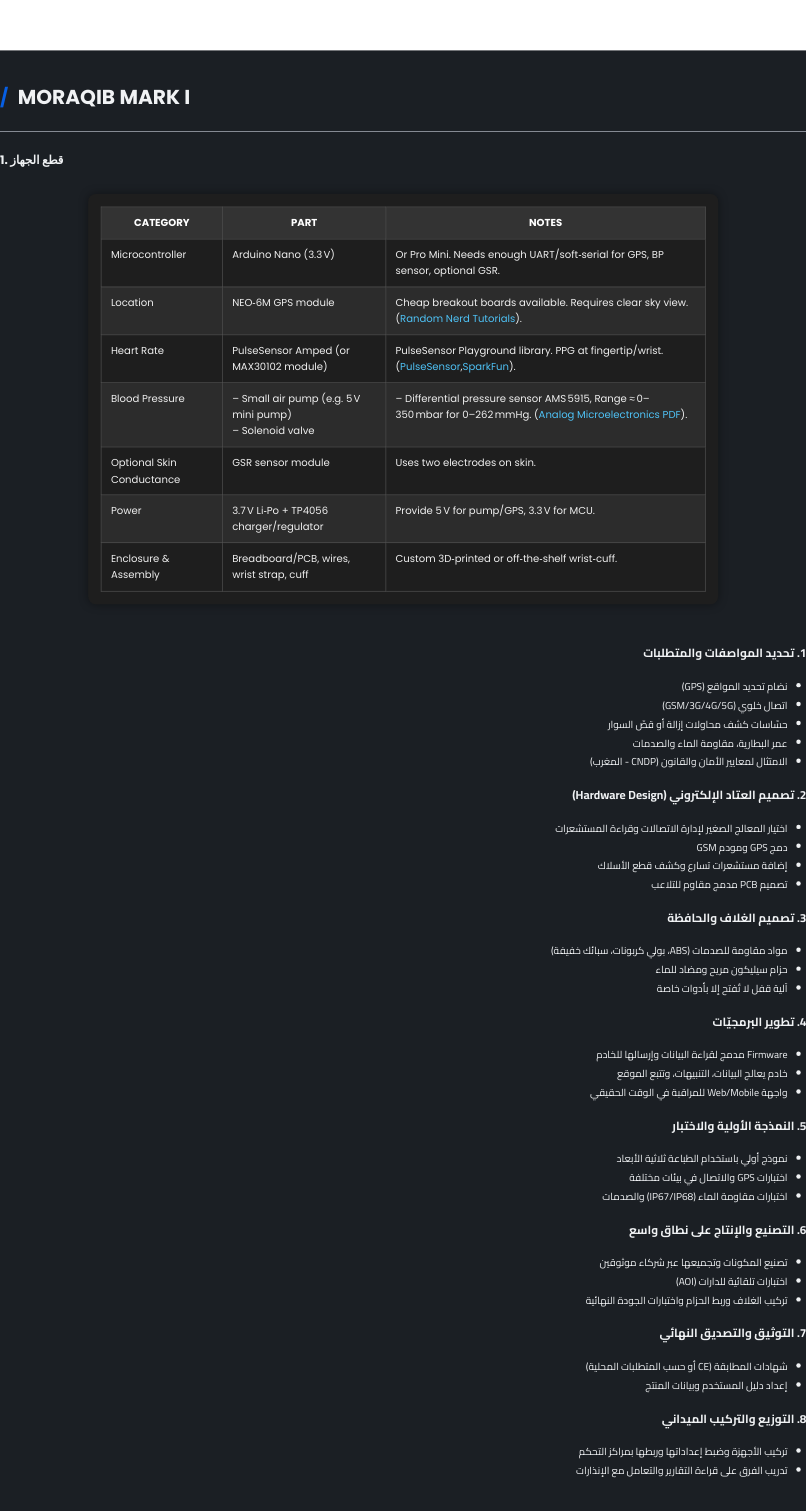
Repository: ayoubgharts/nextjs_protfolio
Page: /tutorials
These files come from the project's save history. The page is drawn as it stood at one moment and after the next save; the edit follows.
The browser window is 1280 px wide. The pictures show the whole page, at 63% of full size.
The project was rebuilt for these pictures with package versions that can differ from the ones it lists, and the page was loaded fresh each time. The framework's server and built-in components were replaced by stand-ins that run in the browser. Also part of the build but not shown: next.config.mjs.

Above is the page before, as saved 2025-06-01 01:01:20.

### src/app/tutorials/page.jsx
// pages/tutorials.js
import Link from "next/link";
import styles from "./tutorials.module.css";

import { Container } from "react-bootstrap";

import SectionTitle from "@/components/buttons/section-title/SectionTitle";

export default function Tutorials() {
  return (
    <main className={styles.tutorials}>
      <Container>
        <SectionTitle textContent={"MORAQIB mark I"} />

        <h3 className={styles.H3}>1. قطع الجهاز</h3>

        <div className={styles.tableWrapper}>
      <table className={styles.partsTable}>
        <thead>
          <tr>
            <th>Category</th>
            <th>Part</th>
            <th>Notes</th>
          </tr>
        </thead>
        <tbody>
          <tr>
            <td>Microcontroller</td>
            <td>Arduino Nano (3.3 V)</td>
            <td>Or Pro Mini. Needs enough UART/soft‑serial for GPS, BP sensor, optional GSR.</td>
          </tr>
          <tr>
            <td>Location</td>
            <td>NEO‑6M GPS module</td>
            <td>
              Cheap breakout boards available. Requires clear sky view.
              (<a href="https://randomnerdtutorials.com/guide-to-neo-6m-gps-module-with-arduino/?utm_source=chatgpt.com" target="_blank">Random Nerd Tutorials</a>).
            </td>
          </tr>
          <tr>
            <td>Heart Rate</td>
            <td>PulseSensor Amped (or MAX30102 module)</td>
            <td>
              PulseSensor Playground library. PPG at fingertip/wrist.
              (<a href="https://pulsesensor.com/pages/code-and-guide?utm_source=chatgpt.com" target="_blank">PulseSensor</a>,
              <a href="https://www.sparkfun.com/pulse-sensor.html?utm_source=chatgpt.com" target="_blank">SparkFun</a>).
            </td>
          </tr>
          <tr>
            <td>Blood Pressure</td>
            <td>
              – Small air pump (e.g. 5 V mini pump)<br />– Solenoid valve
            </td>
            <td>
              – Differential pressure sensor AMS 5915, Range ≈ 0–350 mbar for 0–262 mmHg.
              (<a href="https://www.analog-micro.com/products/pressure-sensors/board-mount-pressure-sensors/ams5915/ams5915-an03.pdf?utm_source=chatgpt.com" target="_blank">Analog Microelectronics PDF</a>).
            </td>
          </tr>
          <tr>
            <td>Optional Skin Conductance</td>
            <td>GSR sensor module</td>
            <td>Uses two electrodes on skin.</td>
          </tr>
          <tr>
            <td>Power</td>
            <td>3.7 V Li‑Po + TP4056 charger/regulator</td>
            <td>Provide 5 V for pump/GPS, 3.3 V for MCU.</td>
          </tr>
          <tr>
            <td>Enclosure & Assembly</td>
            <td>Breadboard/PCB, wires, wrist strap, cuff</td>
            <td>Custom 3D‑printed or off‑the‑shelf wrist‑cuff.</td>
          </tr>
        </tbody>
      </table>
        </div>

        <div className={styles.project}>
          <h3>1. تحديد المواصفات والمتطلبات</h3>
          <ul>
            <li>نضام تحديد المواقع (GPS)</li>
            <li>اتصال خلوي (GSM/3G/4G/5G)</li>
            <li>حسّاسات كشف محاولات إزالة أو قصّ السوار</li>
            <li>عمر البطارية، مقاومة الماء والصدمات</li>
            <li>الامتثال لمعايير الأمان والقانون (CNDP - المغرب)</li>
          </ul>

          <h3>2. تصميم العتاد الإلكتروني (Hardware Design)</h3>
          <ul>
            <li>اختيار المعالج الصغير لإدارة الاتصالات وقراءة المستشعرات</li>
            <li>دمج GPS ومودم GSM</li>
            <li>إضافة مستشعرات تسارع وكشف قطع الأسلاك</li>
            <li>تصميم PCB مدمج مقاوم للتلاعب</li>
          </ul>

          <h3>3. تصميم الغلاف والحافظة</h3>
          <ul>
            <li>مواد مقاومة للصدمات (ABS، بولي كربونات، سبائك خفيفة)</li>
            <li>حزام سيليكون مريح ومضاد للماء</li>
            <li>آلية قفل لا تُفتح إلا بأدوات خاصة</li>
          </ul>

          <h3>4. تطوير البرمجيّات</h3>
          <ul>
            <li>Firmware مدمج لقراءة البيانات وإرسالها للخادم</li>
            <li>خادم يعالج البيانات، التنبيهات، وتتبع الموقع</li>
            <li>واجهة Web/Mobile للمراقبة في الوقت الحقيقي</li>
          </ul>

          <h3>5. النمذجة الأولية والاختبار</h3>
          <ul>
            <li>نموذج أولي باستخدام الطباعة ثلاثية الأبعاد</li>
            <li>اختبارات GPS والاتصال في بيئات مختلفة</li>
            <li>اختبارات مقاومة الماء (IP67/IP68) والصدمات</li>
          </ul>

          <h3>6. التصنيع والإنتاج على نطاق واسع</h3>
          <ul>
            <li>تصنيع المكونات وتجميعها عبر شركاء موثوقين</li>
            <li>اختبارات تلقائية للدارات (AOI)</li>
            <li>تركيب الغلاف وربط الحزام واختبارات الجودة النهائية</li>
          </ul>

          <h3>7. التوثيق والتصديق النهائي</h3>
          <ul>
            <li>شهادات المطابقة (CE أو حسب المتطلبات المحلية)</li>
            <li>إعداد دليل المستخدم وبيانات المنتج</li>
          </ul>

          <h3>8. التوزيع والتركيب الميداني</h3>
          <ul>
            <li>تركيب الأجهزة وضبط إعداداتها وربطها بمراكز التحكم</li>
            <li>تدريب الفرق على قراءة التقارير والتعامل مع الإنذارات</li>
          </ul>

        </div>
      </Container>
    </main>
  );
}

### src/app/globals.css

/*? import google font 'Poppins' */
@import url('https://fonts.googleapis.com/css2?family=Poppins:wght@100;200;300;400;500;600;700&family=Raleway:ital,wght@0,100..900;1,100..900&display=swap');

/*? all variables */
:root {
  /*. Web colors vars */
  --dark:      #1b1f24;
  --dark-fixed:      #1b1f24;
  --dark-300:  #23282f;
  --dark-400:  #2b323b;
  --dark-300-opacity:  #23282fab;
  --dark-400-opacity:  #2b323bb0;
  --dark-300-fixed:#282c31;
  --dark-500:  #333c47;
  --dark-600:  #4d5a6a;
  --dark-700:  #778392;
  --dark-800:  #9da6b3;

  --light:     #f0f2f4;
  --light-fixed:     #f0f2f4;
  --light-300: #454649;
  --light-400: #c3cad5;
  --light-500: #8895aa;

  --primary:   #075fe4;
  --primary-dark:   #12499c;
  --primary-light:   #6b93cf;
  --success:   #11845b;
  --danger:    #c6303e;
  --danger-dark:    #992934;
  --warning:   #fd7e14;

  --purple:    #4c0bce;
  --purple-dark:    #330f7c;
  --violet:    #712cf9;
  --pink:    #f92c8c;
  --yellow:    #ffc107;
  --green:     #198754;
  --teal:      #20c997;
  --cyan:      #0dcaf0;

  /*. Mobile Var Colors */
  --mobile-dark:      #1b1f24;
  --mobile-light:     #f0f2f4;
  --mobile-dark-300:  #23282f;
  --mobile-dark-500:  #333c47;
  --mobile-dark-700:  #778392;



  /*. transitions vars */
  --trans-03: all ease .3s;
  --trans-05: all ease .5s;

  /*. border radius vars */
  --br-8: 8px;
  --br-50: 50px;

  /*. padding global default */
  --container-120: 0 120px;
  --container-60: 0 60px;
  --container-20: 0 20px;

  /*. buttons vars */
  --btn-padding: 10px 25px;
  --btn-font-size: 1.2rem;
  --btn-font-media: 0.9rem;
  --light-btn:#f0f2f4;

}


/* Light mode overrides */
.light-mode {

  /*. web switch colors */
  --dark:       #e0e3e6;
  --dark-300:  #cdd6e2;
  --dark-400:  #c7cfd8;
  --dark-300-opacity:  #b6bfccab;
  --dark-400-opacity:  #b5bfccb0;
  --dark-500:   #c2c8d3;
  --dark-600:  #4d5a6a;
  --dark-700:  #eff3f7;
  --dark-800:  #757c85;

  --light:     #1b1f24;
  --light-300: #dde1e9;
  --light-400: #c3cad5;
  --light-500: #8895aa;

  /*. mobile switch colors */
  --mobile-dark:      #f0f2f4;
  --mobile-light:     #1b1f24;
  --mobile-dark-500:  #b5bcc4;
  --mobile-dark-700:  #778392;
  --mobile-dark-300:  #e4e7ec;
}


/*? Global Styles */
*{
  font-family: "Poppins", sans-serif;
  box-sizing: border-box;
  padding: 0;
  margin: 0;
}

body {
  font-family: "Poppins", sans-serif;
  box-sizing: border-box;
  padding: 0;
  margin: 0;
}

/*? Normalise */
a, Link{
  color: var(--cyan);
  text-decoration: none !important;
}
ul{
  list-style: none;
  margin: 0;
  padding: 0;
}
ul li{
  margin: 0;
  padding: 0;
}
h1, h2, h3, h4, h5{
  margin: 0;
  padding: 0;
}

i{
  margin: 0;
  padding: 0;
}

.container{
  transition: var(--trans-03);
}

### src/app/tutorials/tutorials.module.css

/*? import google font 'Cairo' */
@import url('https://fonts.googleapis.com/css2?family=Cairo:wght@200..1000&display=swap');


.tutorials{
    margin-top: 80px;
    background: var(--dark);
    padding: 50px 0;
    transition: var(--trans-03);
    text-align: start;
    color: var(--light);
}

.button{
    outline: none;
    border: none;
    background: var(--primary);
    color: var(--light-fixed);
    width: 100%;
    padding: 15px 25px;
    border-radius: 10px;
    margin-top: 30px;
    transition: var(--trans-03);
}

.button:hover{
    background: var(--primary-dark);
}

.project{
    display: flex;
    flex-direction: column;
    width: 100%;
    direction: rtl;
}
.project h3{
    margin: 20px 0;
    font-family: "Cairo";
}

.project ul li{
    font-family: "Cairo";
    list-style-type: disc;
    margin-right: 30px;
}



.tableWrapper {
  margin: 40px auto;
  padding: 20px;
  background-color: #1e1e1e;
  border-radius: 12px;
  box-shadow: 0 0 15px rgba(0, 0, 0, 0.4);
  max-width: 1000px;
  color: #f0f0f0;
}

.partsTable {
  width: 100%;
  border-collapse: collapse;
  text-align: start;
  font-size: 16px;
  line-height: 1.6;
}

.partsTable th,
.partsTable td {
  border: 1px solid #555;
  padding: 12px 15px;
  vertical-align: top;
}

.partsTable thead th {
  background-color: #333;
  color: #fff;
  font-weight: bold;
  text-transform: uppercase;
}

.partsTable tbody tr:nth-child(even) {
  background-color: #2c2c2c;
}

.partsTable a {
  color: #4fc3f7;
  text-decoration: none;
}

.partsTable a:hover {
  text-decoration: underline;
}

### src/components/buttons/section-title/SectionTitle.jsx
import styles from './title.module.css';

export default function SectionTitle({textContent}){
    return(
        <h2 className={styles.h2}>
            {textContent}
        </h2>
    )
}

### src/components/buttons/section-title/title.module.css
.h2{
    font-size: 2rem;
    font-weight: 700;
    text-transform: uppercase;
    color: var(--light);
    width: 100%;
    border-bottom: solid 1.2px var(--light-400);
    margin-bottom: 30px;
    padding-bottom: 30px;
}

.h2::before{
    content: '/';
    color: var(--primary);
    margin-right: 15px;
    font-size: 1.8rem;
}

Loaded but not shown: src/app/layout.js (common file)

After the next save:
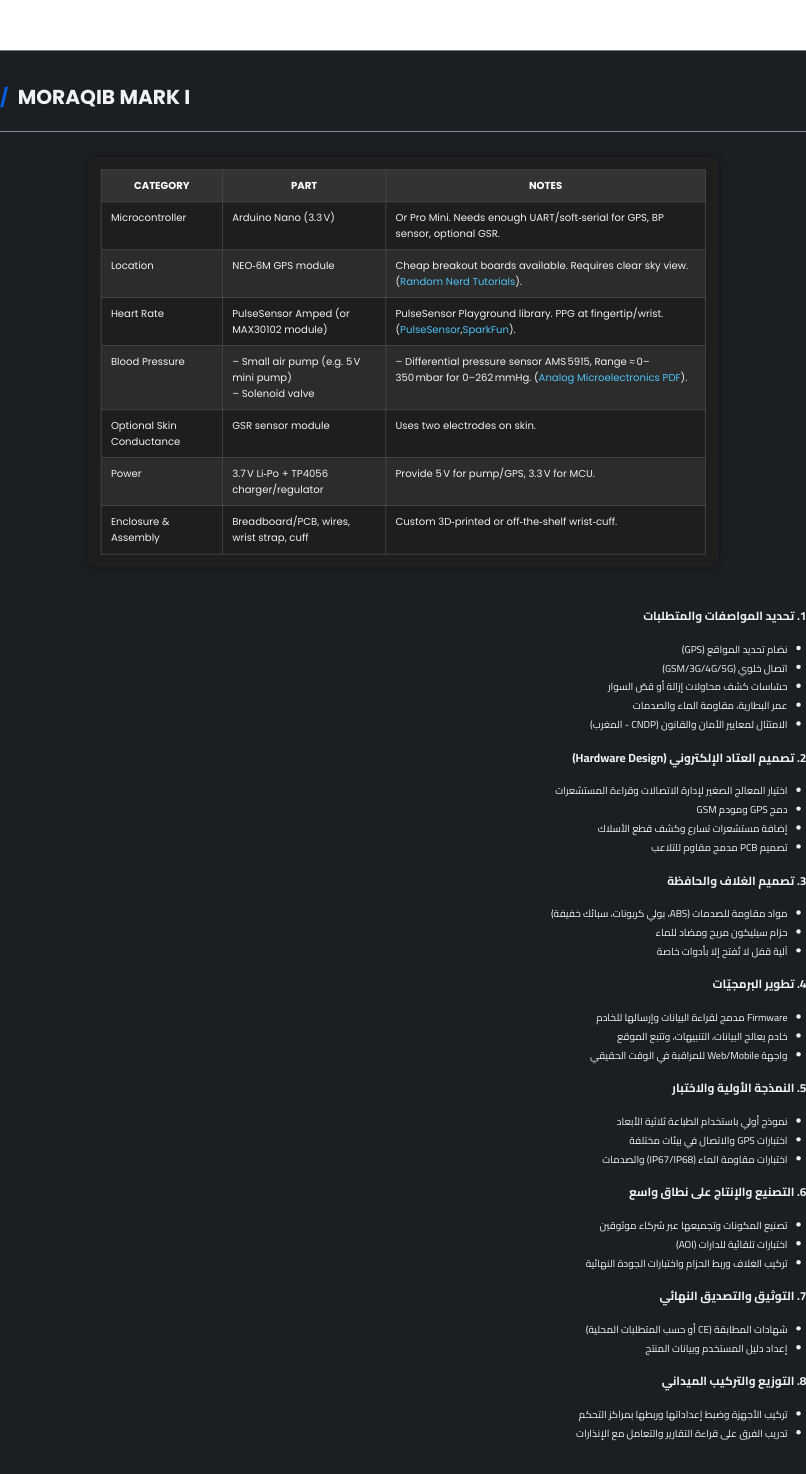
Saved 4 s later.
--- a/src/app/tutorials/page.jsx
+++ b/src/app/tutorials/page.jsx
@@ -11,8 +11,6 @@
     <main className={styles.tutorials}>
       <Container>
         <SectionTitle textContent={"MORAQIB mark I"} />
-
-        <h3 className={styles.H3}>1. قطع الجهاز</h3>
 
         <div className={styles.tableWrapper}>
       <table className={styles.partsTable}>
